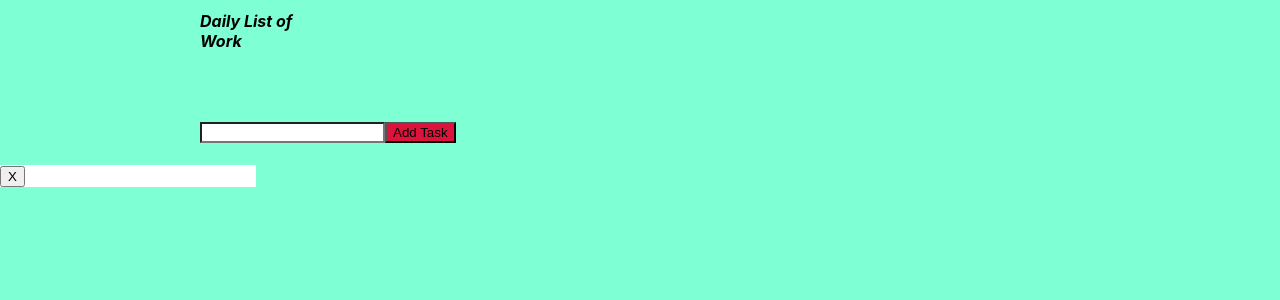
Repository: iamjayenmthakuri/todolist
Page: /, after clicking the first element matching `button.button`
These files come from the project's save history. The page is drawn as it stood at one moment and after the next save; the edit follows.
The browser window is 1280 px wide. The pictures show the whole page.
The project was rebuilt for these pictures with package versions that can differ from the ones it lists, and the page was loaded fresh each time.

Above is the page before, as saved 2022-09-19 10:27:44.

### src/App.js
import React from 'react';
import { useState } from 'react';
import "./App.css";

function App() {
  const [todoList, setTodoList] = useState([]);
  const [newTask, setNewTask] = useState("");

  const handleOnChange = (event) => {
    setNewTask(event.target.value)
  };

  const addTask = () => {
    const task = {
      id: todoList.length === 0 ? 1 : todoList[todoList.length - 1].id + 1,
      taskName: newTask,
    }
    setTodoList([...todoList, task]);
  };

  const deleteTask = (id) => {
    setTodoList(todoList.filter((task) => task.id !== id));
  };
  return (
    <div>
      <div><h1 className='title'>Daily List of Work</h1>

      <input  className='input' onChange={handleOnChange} />
      <button className='button' onClick={addTask}>Add Task</button>
      {todoList.map((task) => {
        return (
          <div className='container'>
            <h1>{task.taskName}</h1>
            <button onClick={() => deleteTask(task.id)}>X</button>
          </div>
        );
      })}
    </div>
    </div>
  );
}

export default App;

### src/App.css
body{
  background-color: aquamarine;
  display:grid;
  background-position: center;
  position: absolute;
}
.title{
  height: 100px;
  width: 110px;
  font-size: medium;
  font-weight: bold;
  font-style: italic;
  background-position: center;
  transform: translate(200px);
}
.container{
  background-color: white;
  height: min-content;


}
.input{
  background-color: white;
  height: max-content;
  width: max-content;
  transform: translate(200px);
}
.button{
  background-color:crimson;
  height: max-content;
  width: max-content;
  transform: translate(200px);
}

Loaded but not shown: public/index.html (common file); src/index.js (common file); src/index.css (common file); src/reportWebVitals.js (common file)

After the next save:
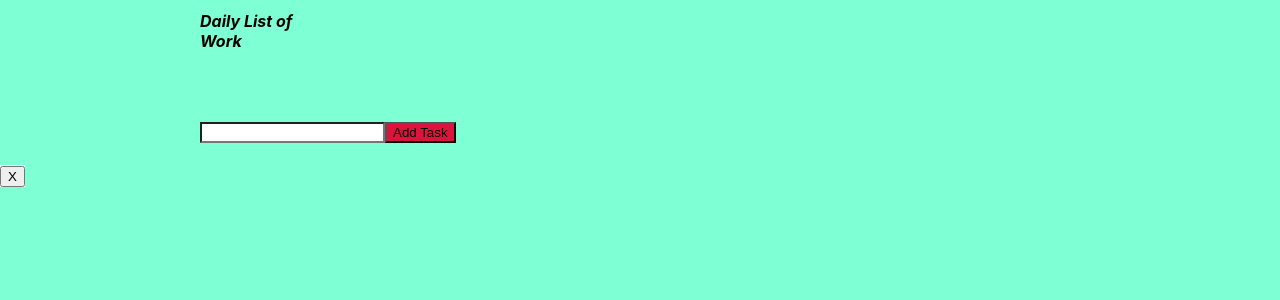
Saved 18 s later.
--- a/src/App.css
+++ b/src/App.css
@@ -16,6 +16,7 @@ body{
 .container{
   background-color: white;
   height: min-content;
+  width: min-content;
 
 
 }
